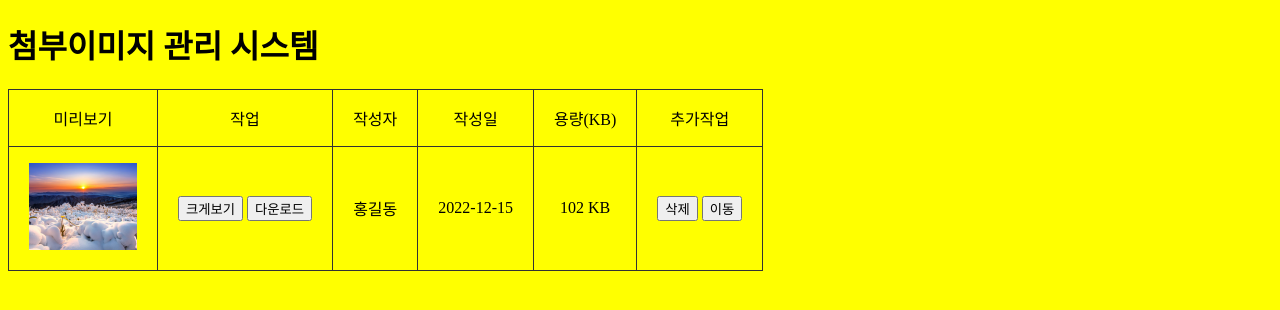
Repository: kmh9964/view
Page: workspace/studyhtml5/src/main/webapp/docs/manager.html
An editor plug-in stored every save of this project. The page is shown before and after the next save, followed by the edit.
The browser window is 1280 px wide. The pictures show the whole page.

Above is the page before, as saved 2022-12-15 08:05:09.

After the next save:
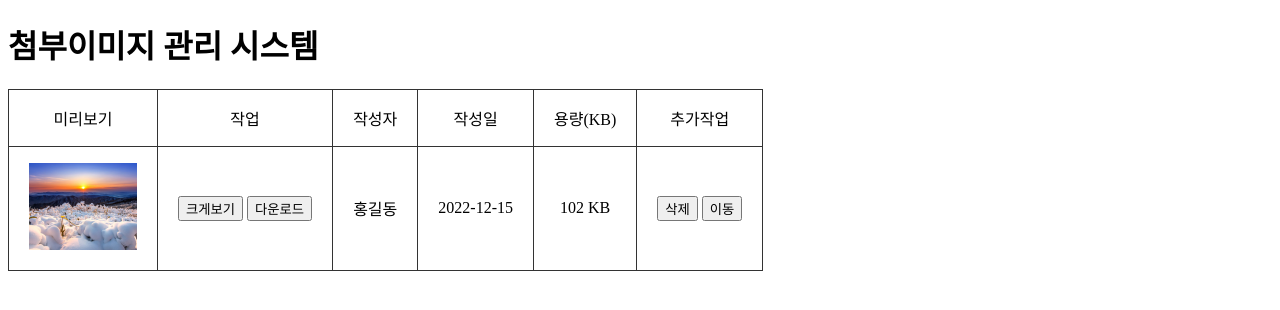
Saved 47 s later.
--- a/workspace/studyhtml5/src/main/webapp/css/main.css
+++ b/workspace/studyhtml5/src/main/webapp/css/main.css
@@ -1,8 +1,6 @@
 @charset "UTF-8";
 
-body {
-	background: yellow;
-}
+
 
 /* css 선택자
 		-- 자주 쓰는것 : 1~5
